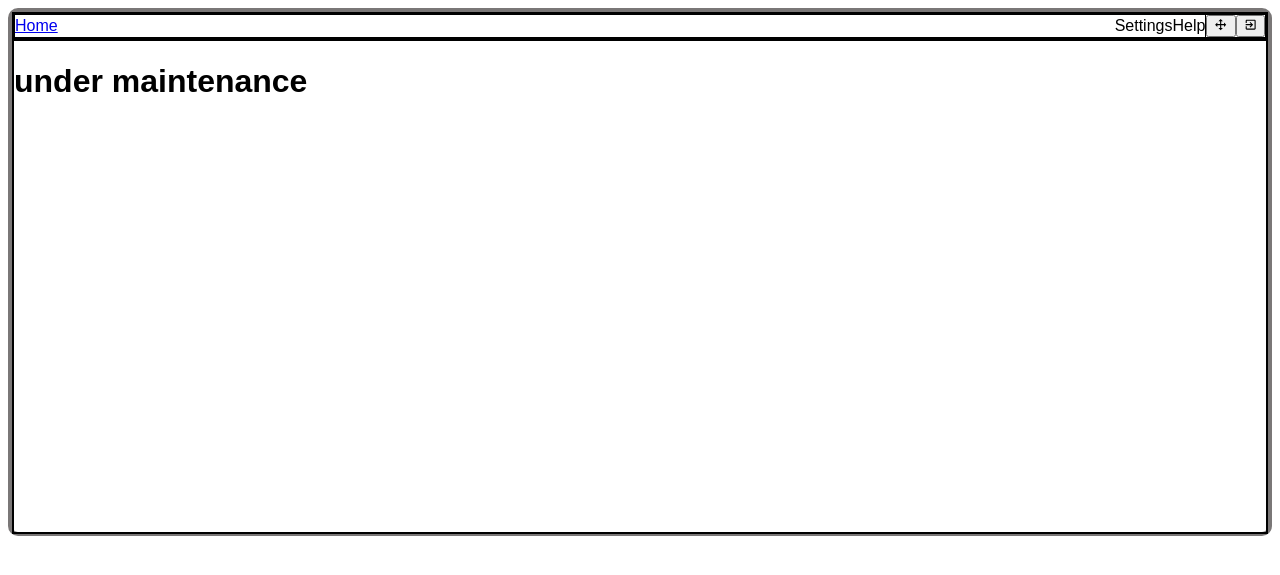
Repository: stevenreas09-coder/ai-assistance
Page: /capture
These files come from the project's save history. The page is drawn as it stood at one moment and after the next save; the edit follows.
The browser window is 1280 px wide. The pictures show the whole page.
The project was rebuilt for these pictures with package versions that can differ from the ones it lists, and the page was loaded fresh each time. The framework's server and built-in components were replaced by stand-ins that run in the browser. Also part of the build but not shown: next.config.ts.

Above is the page before, as saved 2025-12-18 19:55:34.

After the next save:
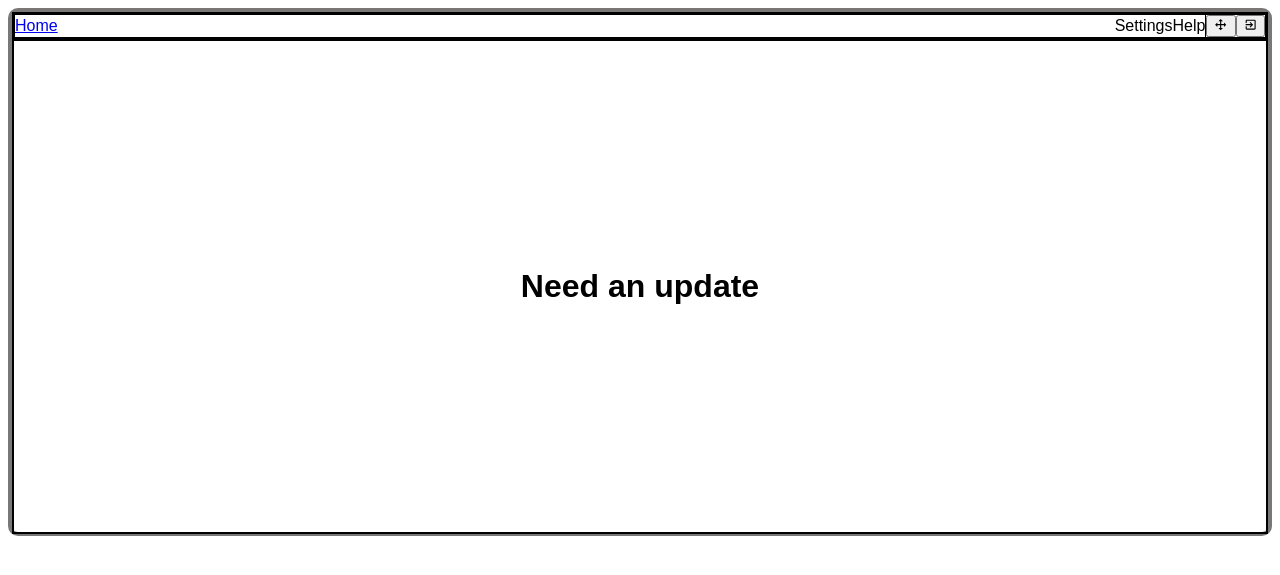
Saved 2 min 5 s later.
--- a/app/capture/page.tsx
+++ b/app/capture/page.tsx
@@ -1,3 +1,7 @@
 export default function () {
-  return <h1>under maintenance</h1>;
+  return (
+    <div className="h-full w-full flex justify-center items-center">
+      <h1 className="text-white font-semibold text-2xl">Need an update</h1>
+    </div>
+  );
 }
